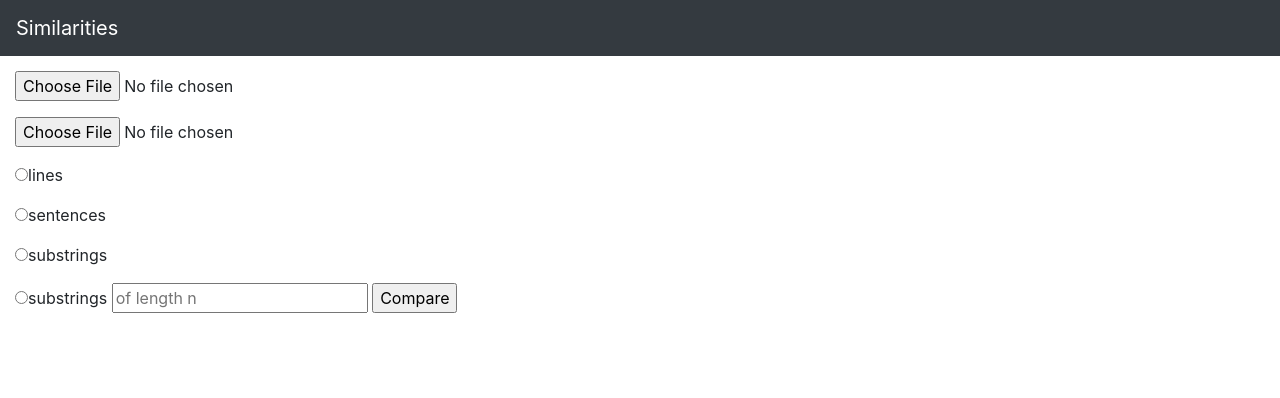
Repository: kenwynejohnes/cs50
Page: http://localhost/
The author's editor kept a record of every edit. The page is drawn from the files as they stood at one moment, then again after the next edit.
The browser window is 1280 px wide. The pictures show the whole page.
Some web libraries are served in a nearby version. The page is served by the project's application, run on Flask 3 (pset6/similarities/application.py). Other server files are loaded and not shown.

Above is the page before.

### pset6/similarities/templates/index.html
{% extends "layout.html" %}

{% block body %}

    <div class="col">
        <form action="/compare" enctype="multipart/form-data" method="post">

            <!-- TODO -->
            <p>
                <input type="file" name="file1"></input>
            </p>
            <p>
                <input type="file" name="file2"></input>
            </p>

            <p>
                <input type="radio" name="algorithm" value="lines">lines</input>
            </p>
            <p>
                <input type="radio" name="algorithm" value="sentences">sentences</input>
            </p>
            <p>
                <input type="radio" name="algorithm" value="substrings">substrings</input>
            </p>
            <input type="radio" name="algorithm" value="substrings">substrings</input>
            <input type="number" name="length" placeholder="of length n">

            <button type="submit">Compare</button>


        </form>
    </div>

{% endblock %}

### pset6/similarities/templates/layout.html
<!DOCTYPE html>

<html lang="en">
    <head>

        <!-- Required meta tags -->
        <meta charset="utf-8"/>
        <meta name="viewport" content="width=device-width, initial-scale=1, shrink-to-fit=no"/>

        <!-- Bootstrap CSS -->
        <link href="https://maxcdn.bootstrapcdn.com/bootstrap/4.0.0-beta/css/bootstrap.min.css" rel="stylesheet"/>

        <link href="/static/styles.css" rel="stylesheet"/>

        <title>Similarities</title>

    </head>
    <body>

        <nav class="navbar fixed-top navbar-dark bg-dark">
            <a class="navbar-brand" href="/">Similarities</a>
        </nav>

        <div class="container-fluid">
            <div class="row">
                {% block body %}{% endblock %}
            </div>
        </div>

        <!-- Optional JavaScript -->
        <script src="https://code.jquery.com/jquery-3.2.1.slim.min.js"></script>
        <script src="https://cdnjs.cloudflare.com/ajax/libs/popper.js/1.11.0/umd/popper.min.js"></script>
        <script src="https://maxcdn.bootstrapcdn.com/bootstrap/4.0.0-beta/js/bootstrap.min.js"></script>

    </body>
</html>

Loaded but not shown: pset6/similarities/application.py (common file); pset6/similarities/static/styles.css (common file)

After the next edit:
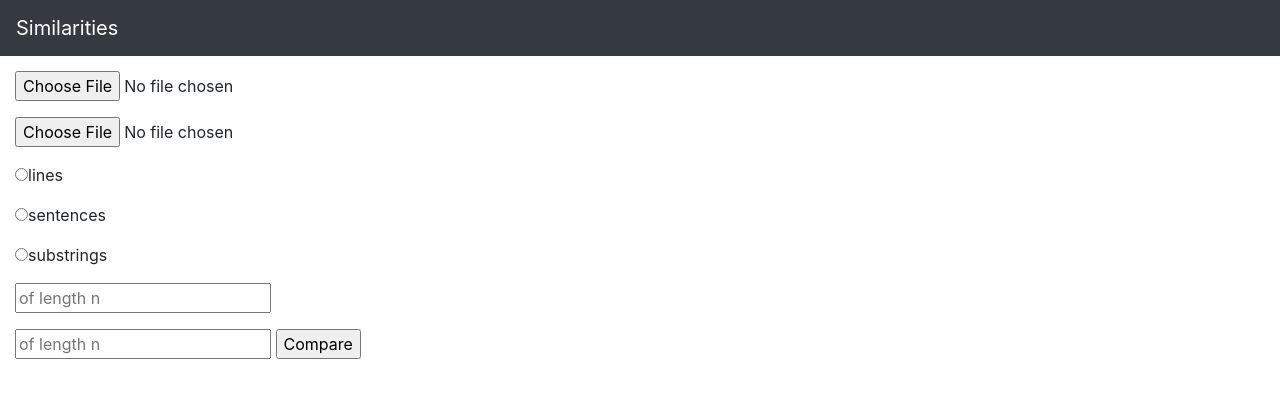
The edit:
--- a/pset6/similarities/templates/index.html
+++ b/pset6/similarities/templates/index.html
@@ -22,7 +22,9 @@
             <p>
                 <input type="radio" name="algorithm" value="substrings">substrings</input>
             </p>
-            <input type="radio" name="algorithm" value="substrings">substrings</input>
+            <p>
+                <input type="number" name="length" placeholder="of length n">
+            </p>
             <input type="number" name="length" placeholder="of length n">
 
             <button type="submit">Compare</button>
